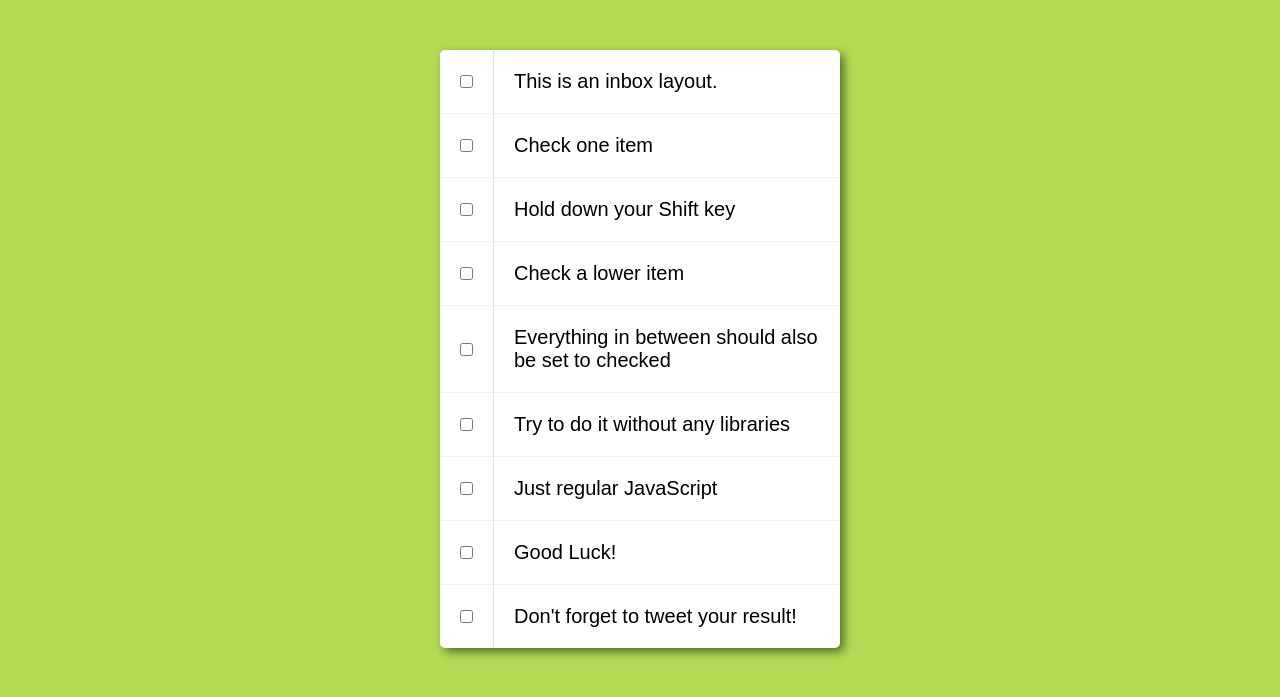
Repository: Freezler/Shift-Select-Checkboxes
Page: index.html
The author's editor kept a copy of each file at every save. The page is drawn from the files as they stood at one save, then again after the next save.
The browser window is 1280 px wide. The pictures show the whole page.

Above is the page before, as saved 2024-09-07 21:14:50.

### index.html
<!DOCTYPE html>
<html lang="en">

<head>
  <meta charset="UTF-8">
  <title>Hold Shift to Check Multiple Checkboxes</title>
  <link rel="icon" href="https://fav.farm/🔥" />
</head>

<body>
  <style>
    html {
      font-family: sans-serif;
      font-weight: 500;

      background: #B4DA55;
    }

    .inbox {
      max-width: 400px;
      margin: 50px auto;
      background: white;
      border-radius: 5px;
      box-shadow: 4px 4px 10px rgba(0, 25, 10, 0.547);
    }

    .item {
      display: flex;
      align-items: center;
      border-bottom: 1px solid #F1F1F1;
    }

    .item:last-child {
      border-bottom: 0;
    }

    input:checked+p {
      background: #F9F9F9;
      text-decoration: line-through;
    }

    input[type="checkbox"] {
      margin: 20px;
    }

    p {
      margin: 0;
      padding: 20px;
      transition: background 0.2s;
      flex: 1;

      font-size: 20px;
      font-weight: 200;
      border-left: 1px solid #D1E2FF;
    }
  </style>
  <!--  The following is a common layout you would see in an email client.
        When a user clicks a checkbox, holds Shift, and then clicks another checkbox a few rows down, all the checkboxes in between those two checkboxes should be checked.

  -->
  <div class="inbox">
    <div class="item">
      <input type="checkbox">
      <p>This is an inbox layout.</p>
    </div>
    <div class="item">
      <input type="checkbox">
      <p>Check one item</p>
    </div>
    <div class="item">
      <input type="checkbox">
      <p>Hold down your Shift key</p>
    </div>
    <div class="item">
      <input type="checkbox">
      <p>Check a lower item</p>
    </div>
    <div class="item">
      <input type="checkbox">
      <p>Everything in between should also be set to checked</p>
    </div>
    <div class="item">
      <input type="checkbox">
      <p>Try to do it without any libraries</p>
    </div>
    <div class="item">
      <input type="checkbox">
      <p>Just regular JavaScript</p>
    </div>
    <div class="item">
      <input type="checkbox">
      <p>Good Luck!</p>
    </div>
    <div class="item">
      <input type="checkbox">
      <p>Don't forget to tweet your result!</p>
    </div>
  </div>

  <script>
    const checkboxes = document.querySelectorAll('.inbox input[type="checkbox"]');
    checkboxes.forEach(checkbox => checkbox.addEventListener('click', handleCheck))

    let lastChecked;

    function handleCheck(e) {
      // check for shift-press

      if (e.shiftKey && this.checked) {
        console.log("haha it's clicked with shift down AND checked!")
      }
      if (e.shiftKey && !this.checked) {
        console.log("haha it's clicked with shift down but not checked!")
      }
      lastChecked = this;
    }

  </script>
</body>

</html>

After the next save:
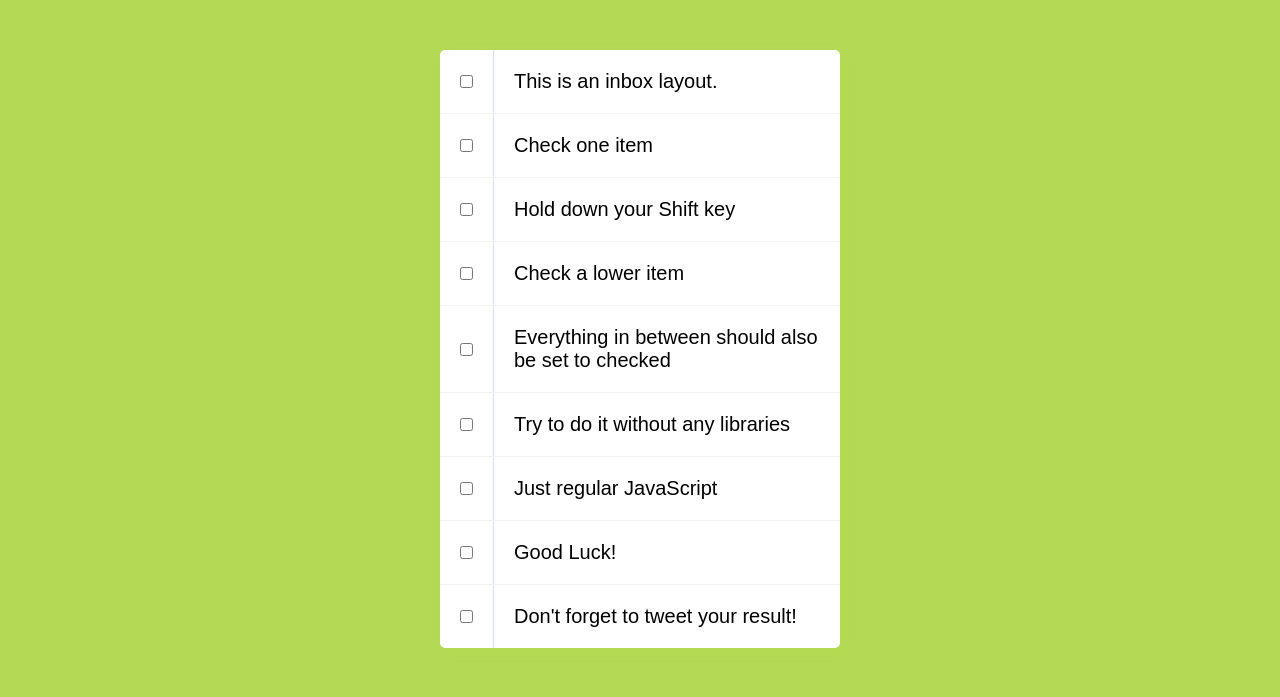
Saved 53 s later.
--- a/index.html
+++ b/index.html
@@ -13,7 +13,7 @@
       font-family: sans-serif;
       font-weight: 500;
 
-      background: #B4DA55;
+      background: rgb(180, 218, 85);
     }
 
     .inbox {
@@ -21,7 +21,7 @@
       margin: 50px auto;
       background: white;
       border-radius: 5px;
-      box-shadow: 4px 4px 10px rgba(0, 25, 10, 0.547);
+      box-shadow: 4px 4px 10px rgba(180, 218, 85, 0.547);
     }
 
     .item {
